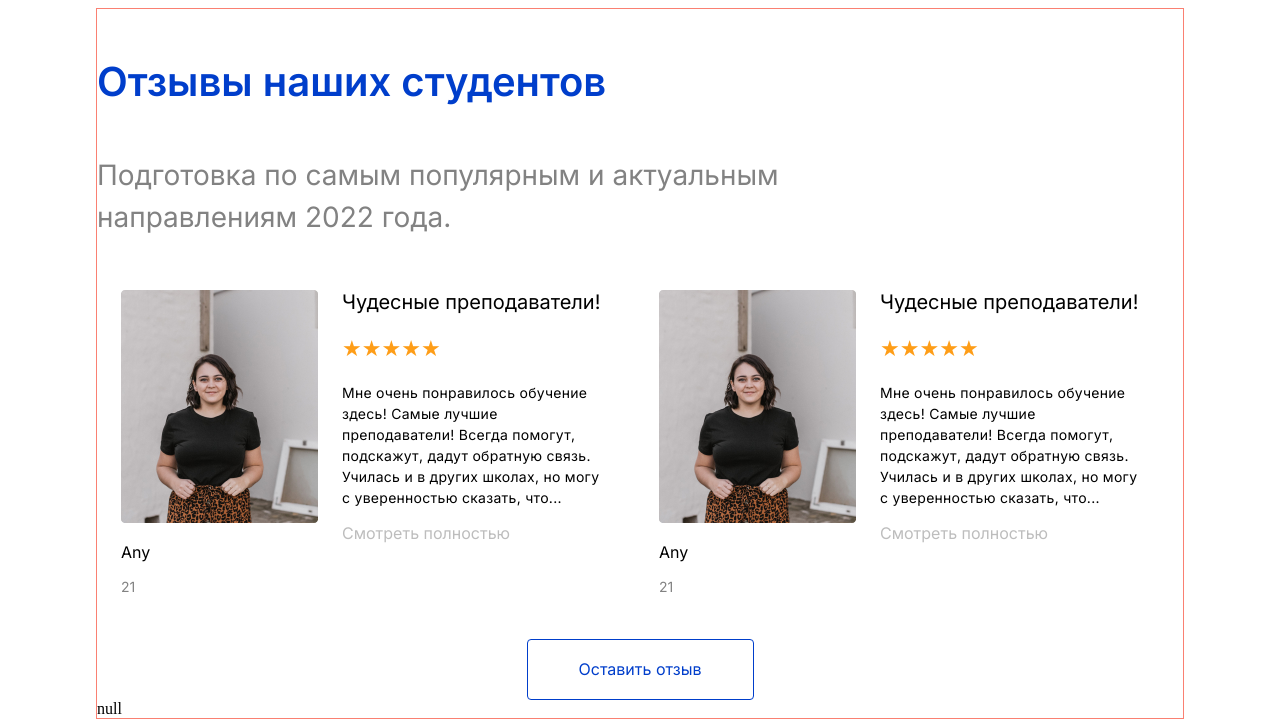
Repository: Malvuna/Studi
Page: index.html
These files come from the project's save history. The page is drawn as it stood at one moment and after a run of saves; the edit follows.
The browser window is 1280 px wide. The pictures show the whole page.

Above is the page before, as saved 2022-07-11 17:51:03.

After the next 2 saves:
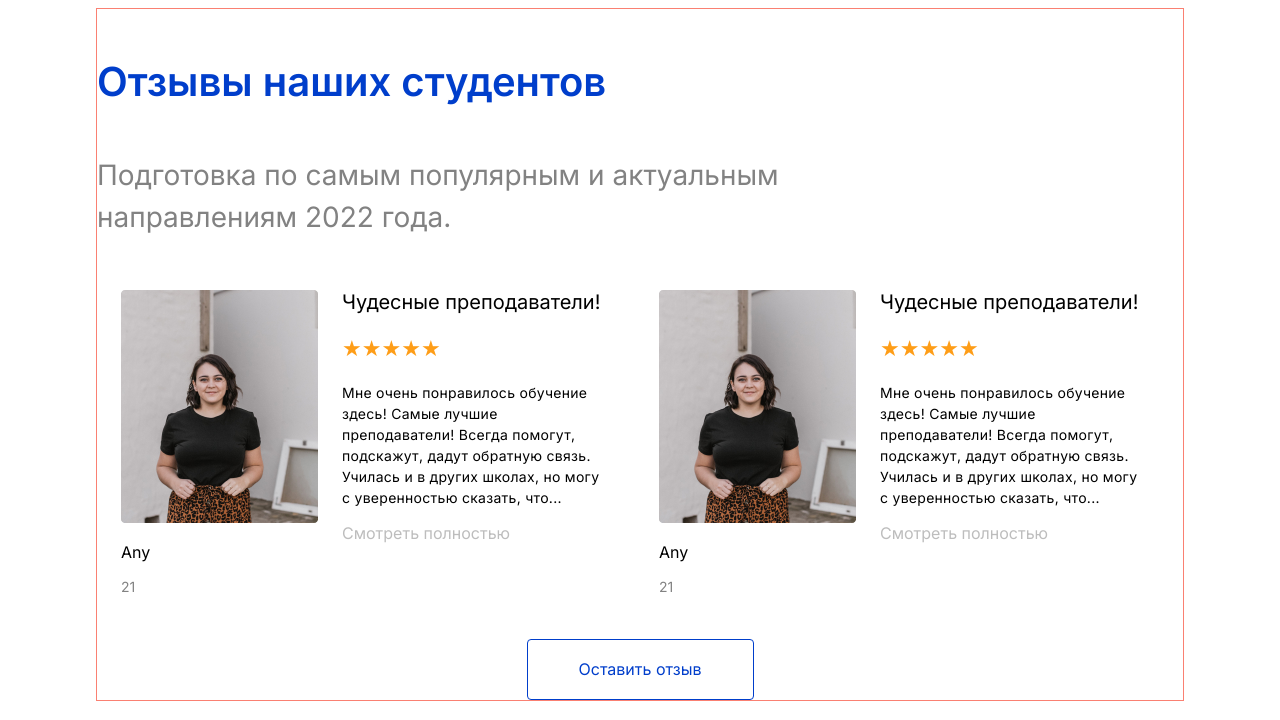
Console error: TypeError: Cannot set properties of null (setting 'innerHTML')
The 2 saves are shown as one change because they came seconds apart.
The last was saved 15 s later.
--- a/javascript/javascript.js
+++ b/javascript/javascript.js
@@ -61,5 +61,5 @@
 
 //навигатор
 let divNavigator = document.querySelector("#divNavigator");
-textHead.innerHTML = "Чудесные преподаватели!";
+divNavigator.innerHTML = "sdsadsads";
 container.append(divNavigator);

After the save that followed:
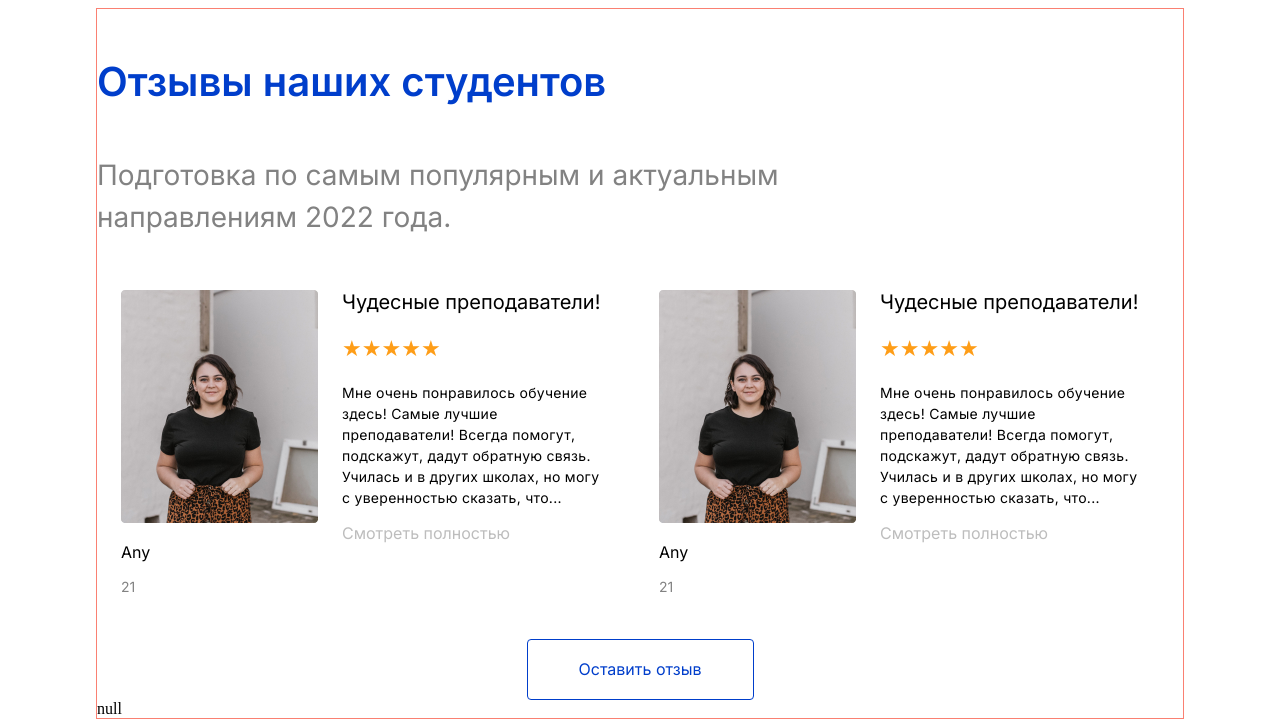
The error is gone.
Saved 47 s later.
--- a/javascript/javascript.js
+++ b/javascript/javascript.js
@@ -61,5 +61,5 @@
 
 //навигатор
 let divNavigator = document.querySelector("#divNavigator");
-divNavigator.innerHTML = "sdsadsads";
+textHead.innerHTML = "Чудесные преподаватели!";
 container.append(divNavigator);
